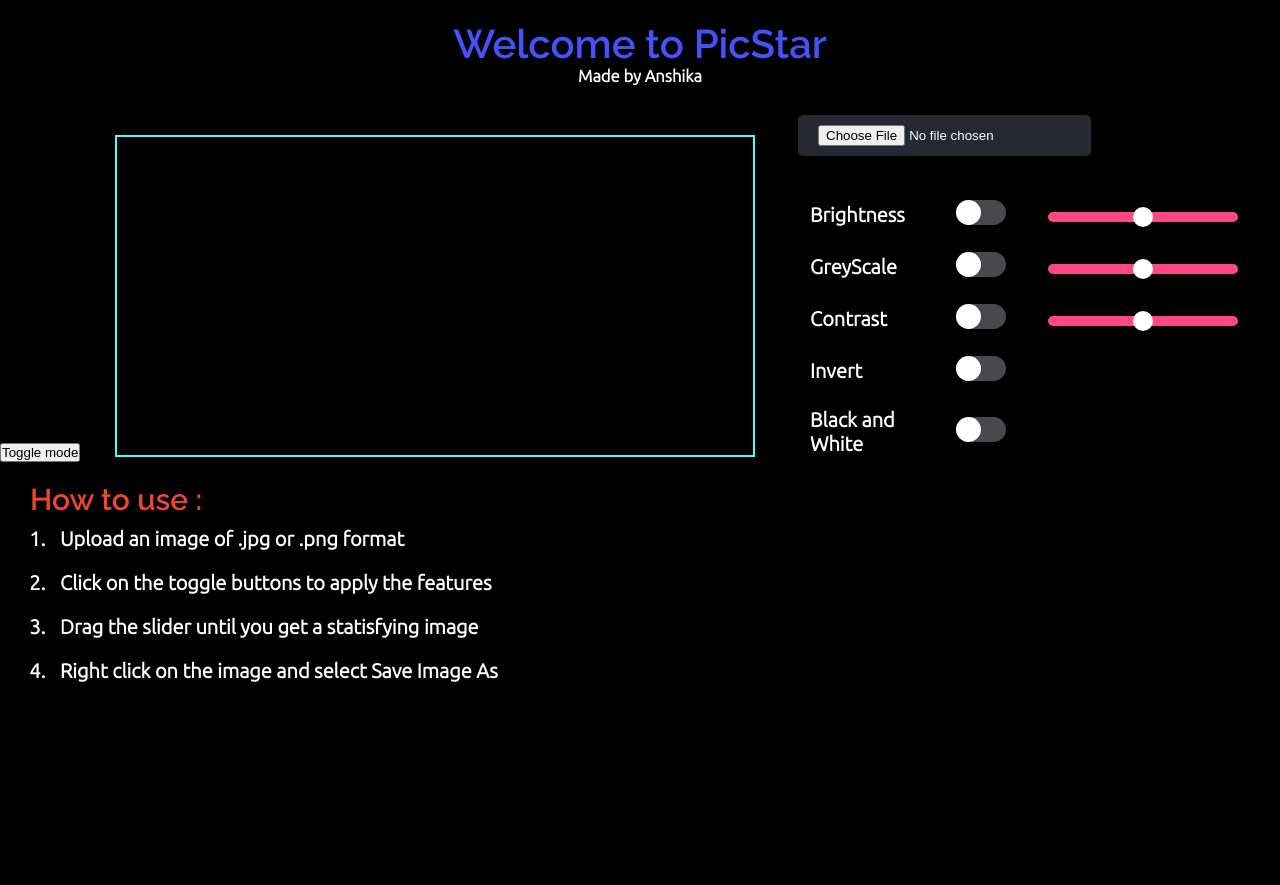
Repository: ANSHIKA1806/PICSTAR
Page: index.html
These files come from the project's save history. The page is drawn as it stood at one moment and after the next save; the edit follows.
The browser window is 1280 px wide. The pictures show the whole page.

Above is the page before, as saved 2021-10-08 20:38:06.

### index.html
<!DOCTYPE html>
<html lang="en">

<head>
	<link rel='icon' href='favicon.ico' type='image/x-icon' />
	<meta charset="UTF-8">
	<title>PicStar Image Editor</title>
	<link rel="stylesheet" href="./style.css">

</head>

<body>
	<!-- partial:index.partial.html -->
	<h1 id="main-heading">Welcome to PicStar</h1>
	<h5 id="heading-subtext">Made by Anshika</h5>

	<button type="button">Toggle mode</button>
	<div class="editparts">

		<table>
			<tr>
				<input type="file" id="imageLoader" name="imageLoader" value="upload picture" />
			</tr>
			<tr>
				<td>Brightness</td>
				<td><input type="checkbox" id="bri_check" /></td>
				<td><input type="range" min="0" max="1" step="0.01" id="bright"></td>
			</tr>
			<tr>
				<td>GreyScale</td>
				<td><input type="checkbox" id="gre_check" /></td>
				<td><input type="range" min="0" max="3" step="0.3" id="greyscale"></td>
			</tr>
			<tr>
				<td>Contrast</td>
				<td><input type="checkbox" id="cont_check" /></td>
				<td><input type="range" min="0" max="500" step="1" id="contrast"></td>
			</tr>
			<tr>
				<td>Invert</td>
				<td><input type="checkbox" id="invert" /></td>
				<td></td>
			</tr>
			<tr>
				<td>Black and White</td>
				<td><input type="checkbox" id="bwhite"></td>
				<td></td>
			</tr>
		</table>
	</div>
	<canvas id="canvas"></canvas>
	<h3 id="instructions-heading">How to use : </h3>
	<h4 id="instructions">
		<ol>
			<li>Upload an image of .jpg or .png format</li>
			<li>Click on the toggle buttons to apply the features</li>
			<li>Drag the slider until you get a statisfying image</li>
			<li>Right click on the image and select Save Image As</li>
		</ol>
	</h4>
	<!-- partial -->
	<script src="./script.js"></script>

</body>

</html>

### style.css
@import url('https://fonts.googleapis.com/css2?family=Raleway:wght@600&display=swap');
@import url('https://fonts.googleapis.com/css2?family=Ubuntu:wght@300&display=swap');

::-webkit-scrollbar {
	display: none;
}


* {
	margin: 0;
	padding: 0;
	box-sizing: border-box;
}

* {
	outline: transparent;
	padding: 0;
	margin: 0;
	box-sizing: border-box;
}

body {
	background-color: rgb(0, 0, 0);
	color: #fff;
	font-family: 'Ubuntu', sans-serif;
	font-weight: bold;
	font-size: 20px;
}

#main-heading {
	font-family: 'Raleway', sans-serif;
	font-weight: 600;
	text-align: center;
	margin-top: 20px;
	color: rgb(68, 82, 251);
}

#heading-subtext {
	font-family: 'Ubuntu', sans-serif;
	text-align: center;
}

.editparts {
	width: 40%;
	float: right;
	padding: 30px;
	height: 800px;
}

#imageLoader {
	background-color: #252932;
	color: white;
}

canvas {
	border: 2px solid #4afcff;
	width: 50%;
	display: inline-block;
	margin-top: 50px;
	height: 40%;
	margin-left: 30px;
}

input[type="file"] {
	display: inline-block;
	margin-bottom: 30px;
	background-color: #fff;
	color: #252932;
	padding: 10px 20px;
	border-radius: 5px;
}

input[type="checkbox"] {
	position: relative;
	width: 50px;
	height: 25px;
	background-color: #49494d;
	appearance: none;
	-webkit-appearance: none;
	-moz-appearance: none;
	border-radius: 20px;
	transition: 0.5s;
	cursor: pointer;
	display: inline-block;
	margin-right: 20px;
}

input:checked[type="checkbox"] {
	background-color: #30fcff;
	outline: none;
	padding-left: 10px;
}

input[type="checkbox"]:before {
	content: '';
	width: 25px;
	height: 25px;
	border-radius: 50%;
	background-color: #fff;

	position: absolute;
	top: 0;
	left: 0;
	transition: 0.5s;
}

input:checked[type="checkbox"]:before {
	left: 25px;
	transition: 0.5s;
}

input[type="range"] {
	appearance: none;
	-webkit-appearance: none;
	-moz-appearance: none;
	width: 190px;
	height: 10px;
	background-color: #ff4787;
	border-radius: 20px;
	outline: transparent;
	cursor: pointer;
}

input[type="range"]::-webkit-slider-thumb {
	-webkit-appearance: none;
	appearance: none;
	width: 20px;
	height: 20px;
	background-color: #ffffff;
	cursor: pointer;
	border-radius: 100%;
	border: none;
	outline: transparent;

}

input[type="range"]::-moz-range-thumb {
	-moz-appearance: none;
	appearance: none;
	width: 20px;
	height: 20px;
	background-color: #e1a1ff;
	cursor: pointer;
	border-radius: 25%;
	border: none;
	outline: transparent;
	box-shadow: inset 0 0 5px rgba(0, 0, 0, 0.5);
}

tr td {
	padding: 10px;
}

#instructions-heading {
	font-family: 'Raleway', sans-serif;
	color: rgb(236, 70, 46);
	margin-top: 20px;
	margin-left: 30px;
	font-size: 30px;
}

#instructions {
	margin-left: 50px;
	font-size: 20px;
}

ol li {
	padding: 10px;
}

### script.js
var bright = document.getElementById("bright");
			var bri_c = document.getElementById("bri_check");
			var scale = document.getElementById("greyscale");
			var gre_c = document.getElementById("gre_check");
			var cont = document.getElementById("contrast");
			var cont_ch = document.getElementById("cont_check");
			var invert = document.getElementById("invert");
			var bw = document.getElementById("bwhite");
			var ctx = document.getElementById("canvas").getContext("2d");
			var canvas = document.getElementById("canvas");

			var imageLoader = document.getElementById("imageLoader");
			imageLoader.addEventListener("change", handleImage);
			bright.addEventListener("change", brights);
			bri_c.addEventListener("click", brights);
			scale.addEventListener("change", brights);
			gre_c.addEventListener("click", brights);
			cont.addEventListener("change", brights);
			cont_ch.addEventListener("click", brights);
			invert.addEventListener("click", brights);
			bw.addEventListener("click", brights);


			var img, mydata;;
			function handleImage(e) {
				var reader = new FileReader();
				reader.onload = function(event) {
				img = new Image();
					img.onload = function() {
					canvas.width = img.width;
					canvas.height = img.height;
					ctx.drawImage(img, 0, 0);
					newImage = ctx.getImageData(0, 0, 800, 400);
					mydata = newImage.data;
					newImage.data = mydata;
					ctx.putImageData(newImage, 0, 0);
					};
				img.src = event.target.result;
				};
				if(e.target.id == "imageLoader"){
					reader.readAsDataURL(e.target.files[0]);
				}
			}




			function brights(){

				ctx.drawImage(img, 0, 0);
				newImage = ctx.getImageData(0,0,img.width,img.height);
				mydata = newImage.data;
				newImage.data = mydata;
				ctx.putImageData(newImage, 0, 0);

				//start brightness
				if(bri_c.checked == true){
					for(var i = 0;i<mydata.length;i+=4){
						mydata[i] 	= mydata[i]   * bright.value;
						mydata[i+1] = mydata[i+1] * bright.value;
						mydata[i+2] = mydata[i+2] * bright.value;
					}
				}
				//End brightness

			//start greyscale
				if(gre_c.checked == true){
					for(var i = 0;i<mydata.length;i+=4){
						var grey = (mydata[i] + mydata[i+1] + mydata[i+2]) / scale.value;
						mydata[i] 	= grey;
						mydata[i+1] = grey;
						mydata[i+2] = grey;
					}
				}
			//end grey scale

			//start Contrast
				if(cont_ch.checked == true){
					for(var i = 0;i<mydata.length;i+=4){
						var factor = (259 * (cont.value + 255)) / (255 * (259 - cont.value));
						mydata[i] 	= factor * (mydata[i] - 128) + 128;
						mydata[i+1] = factor * (mydata[i+1] - 128) + 128;
						mydata[i+2] = factor * (mydata[i+2] - 128) + 128;
					}
				}
			//end Contrast

			//start invert picture
				if(invert.checked == true){
					for(var i = 0;i<mydata.length;i+=4){
						mydata[i] 	= 255 - mydata[i];
						mydata[i+1] = 255 - mydata[i+1];
						mydata[i+2] = 255 - mydata[i+2];
					}
					newImage.data = mydata;
					ctx.putImageData(newImage,0,0);
				}
			//End invert picture

			//start B/W picture
				if(bw.checked == true){
					for(var i = 0;i< mydata.length;i+=4){
						var grey = (mydata[i] + mydata[i+1] + mydata[i+2]) / 3;
						if(grey < 128){
							mydata[i] = mydata[i+1] = mydata[i+2] = 0;
						}else{
							mydata[i] = mydata[i+1] = mydata[i+2] = 255;
						}
					}
				newImage.data = mydata;
				ctx.putImageData(newImage,0,0);
				}
			//End B/W picture
			newImage.data = mydata;
			ctx.putImageData(newImage,0,0);
			}
						/*End Editing Function*/

After the next save:
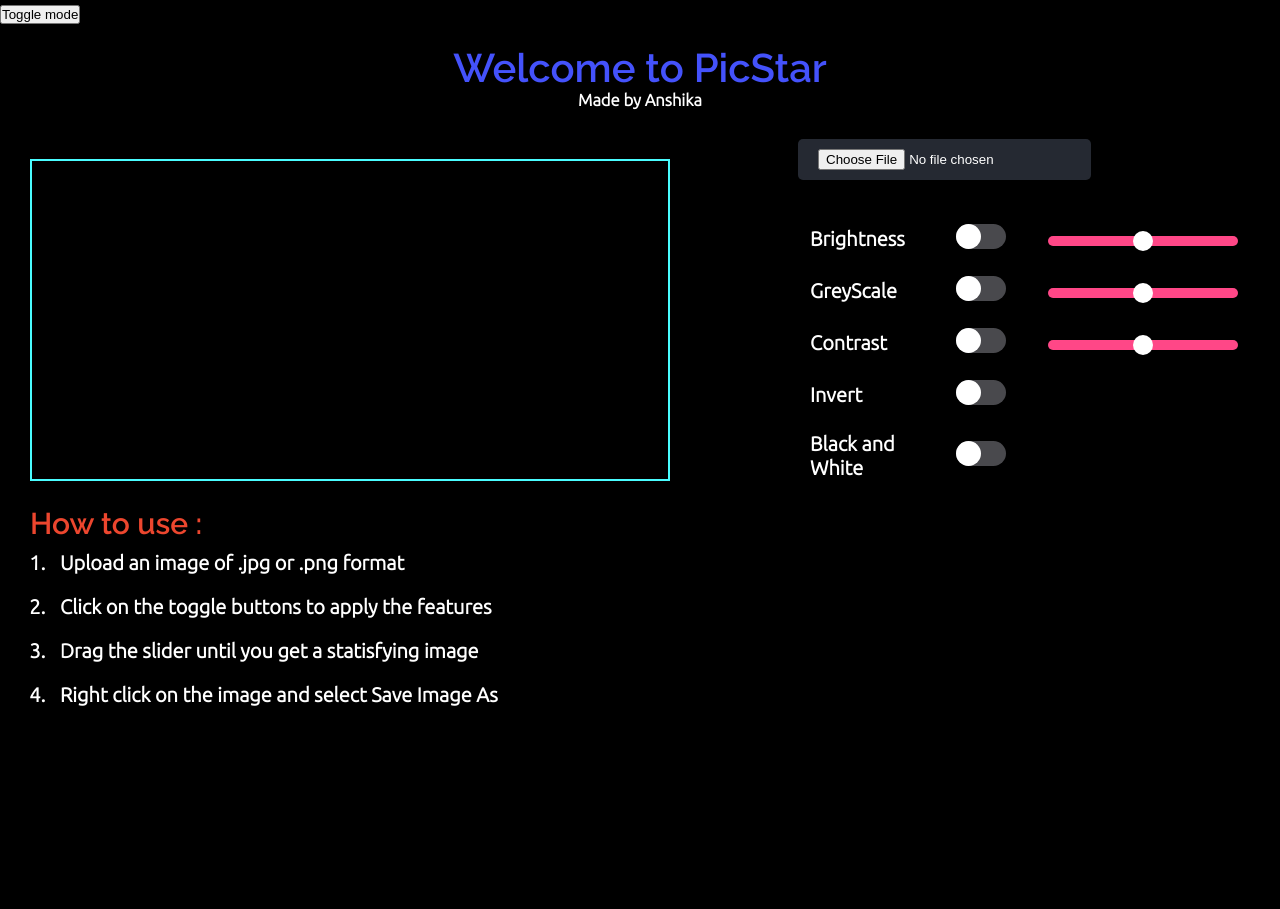
Saved 13 s later.
--- a/index.html
+++ b/index.html
@@ -10,11 +10,12 @@
 </head>
 
 <body>
+	<button type="button">Toggle mode</button>
 	<!-- partial:index.partial.html -->
 	<h1 id="main-heading">Welcome to PicStar</h1>
 	<h5 id="heading-subtext">Made by Anshika</h5>
 
-	<button type="button">Toggle mode</button>
+
 	<div class="editparts">
 
 		<table>
